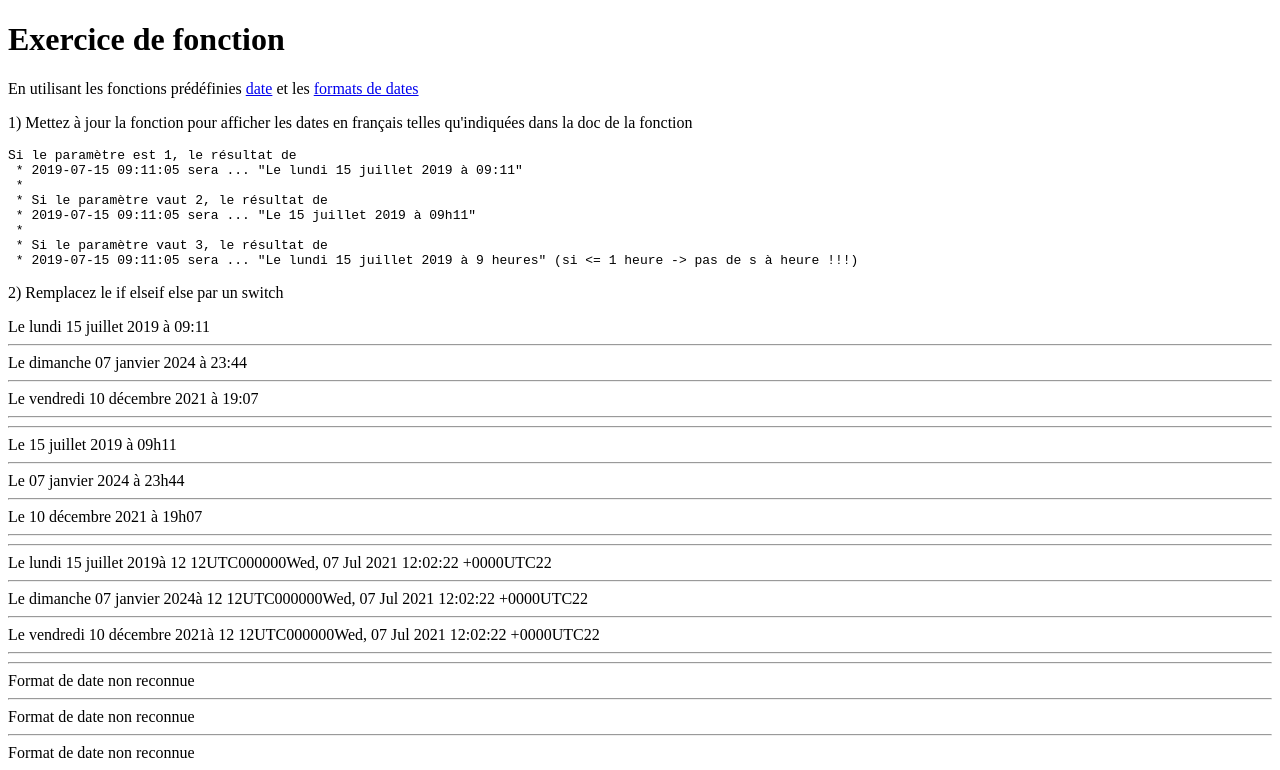
Repository: WebDevCF2m2021/base-php-2021
Page: http://localhost/20-dates-en-francais.php
The author's editor kept a copy of each file at every save. The page is drawn from the files as they stood at one save, then again after the next save.
The browser window is 1280 px wide. The pictures show the whole page.
The page is run by PHP 8.4 with error messages shown; the project is at /var/www/html/.

Above is the page before, as saved 2021-09-20 18:31:43.

After the next save:
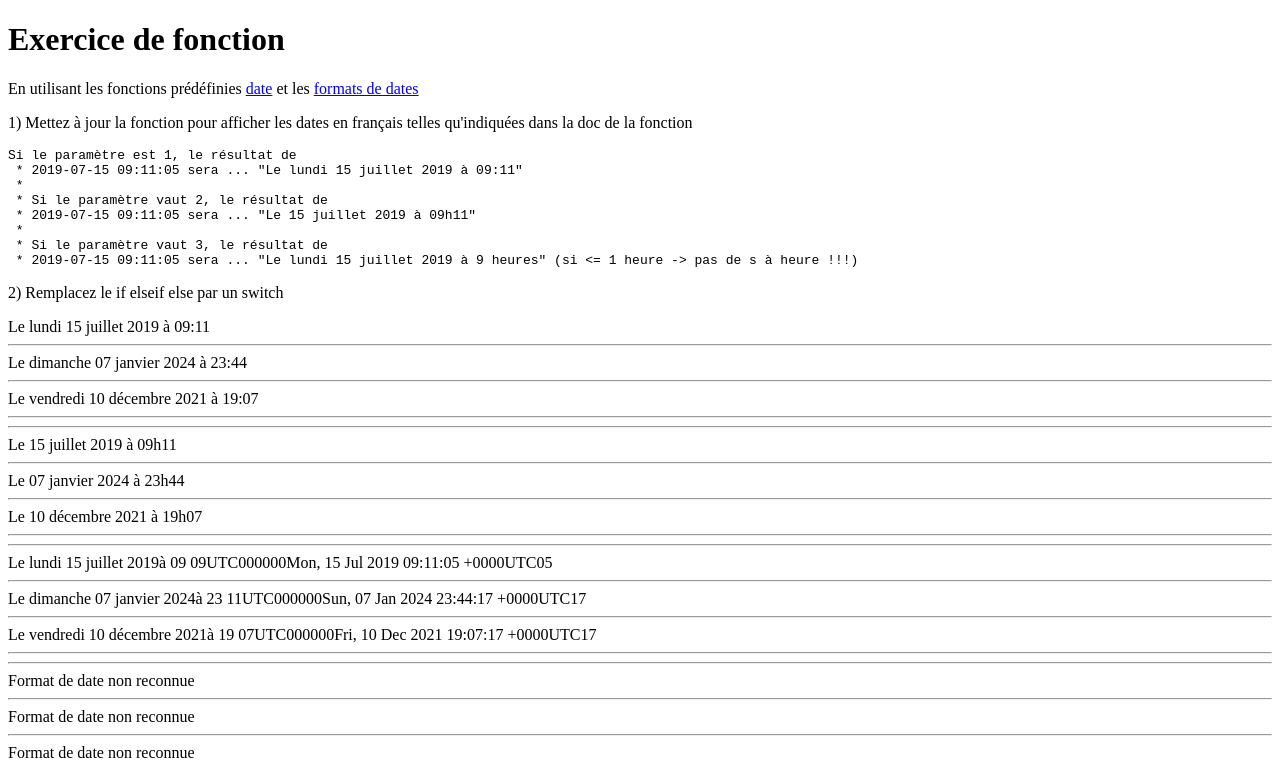
Saved 21 s later.
--- a/20-dates-en-francais.php
+++ b/20-dates-en-francais.php
@@ -49,7 +49,7 @@ function frenchDate($date,$format=1){
         .$moisTab[date("n",$date)]." " // mois en français
         .date("Y",$date); // année / heures / minutes
         if(intval(date("H",$date))>1){
-            $out.=date("à H heures");
+            $out.=date("à H heures",$date);
         };
 /*         if(date("Y",$date)){}else{} */
     }else{
